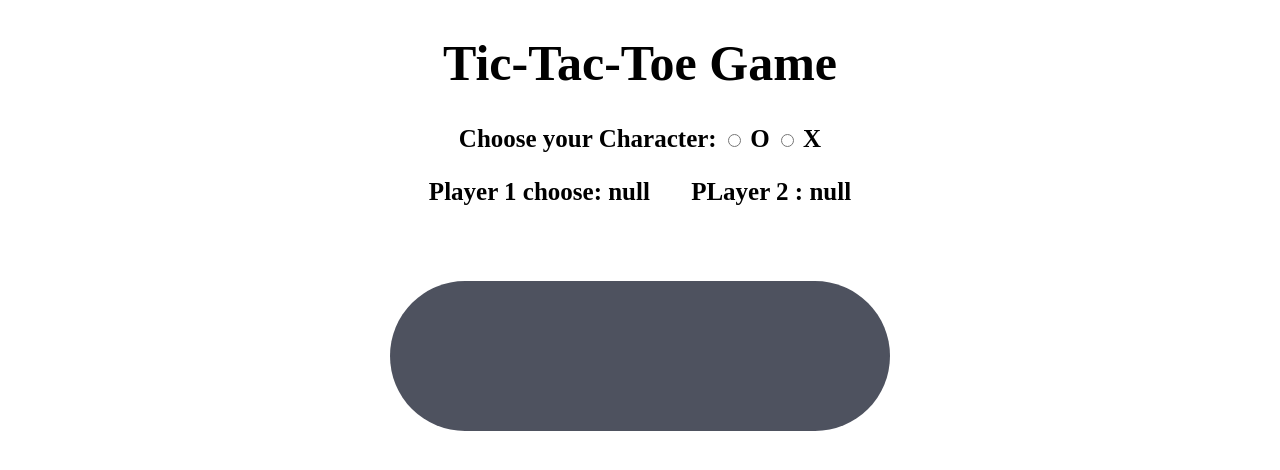
Repository: 0101chaitanya/Tic-Tac-Toe
Page: index.html
The author's editor kept a copy of each file at every save. The page is drawn from the files as they stood at one save, then again after the next save.
The browser window is 1280 px wide. The pictures show the whole page.

Above is the page before, as saved 2021-06-12 11:46:06.

After the next save:
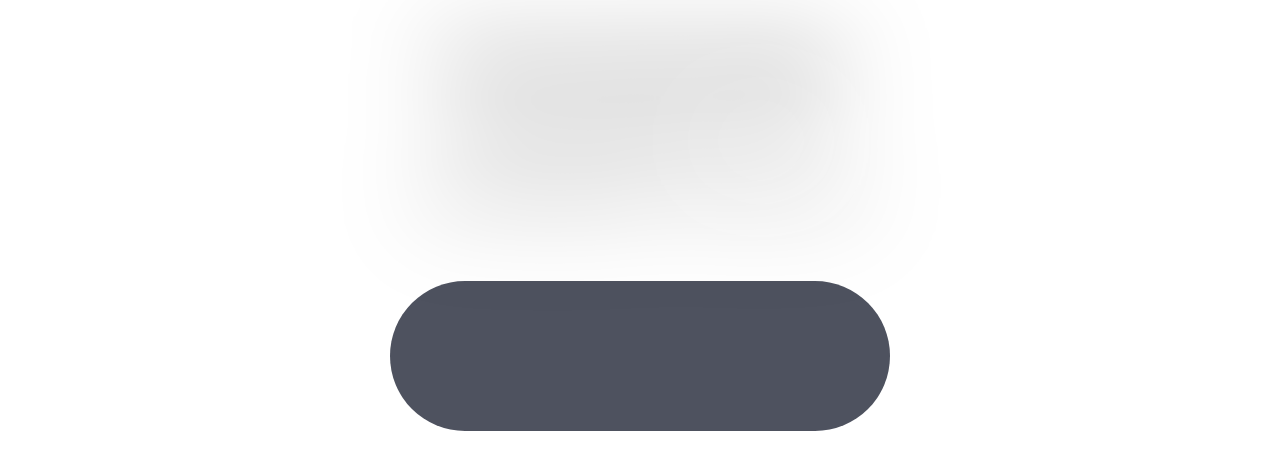
Saved 6 s later.
--- a/styles.css
+++ b/styles.css
@@ -34,7 +34,7 @@ body {
 }
 
 #block {
-    filter: blur(0);
+    filter: blur(2rem);
 }
 
 label>input {
